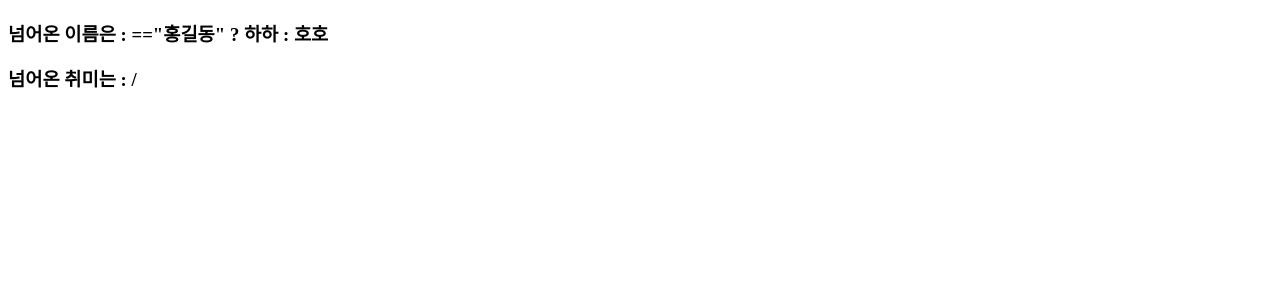
Repository: rumor1993/KH1
Page: http://localhost/JspProject/ch12/Expression_Language2/ELtest.jsp
An editor plug-in stored every save of this project. The page is shown before and after the next save, followed by the edit.
The browser window is 1280 px wide. The pictures show the whole page.
The page is served by Tomcat 9.

Above is the page before, as saved 2018-05-03 03:09:26.

### JspProject/WebContent/ch12/Expression_Language2/ELtest.jsp
<%@ page language="java" contentType="text/html; charset=EUC-KR"
    pageEncoding="EUC-KR"%>

<%
	request.setCharacterEncoding("euc-kr");
%>
<!DOCTYPE html>
<html>
<head>
<title>Insert title here</title>
</head>
<body>
	<h3>넘어온 이름은 : ${param.name}=="홍길동" ? 하하 : 호호</h3>

	<h3>넘어온 취미는 : ${paramValues.hobby[0]} / ${paramValues.hobby[1]}</h3>
</body>
</html>

After the next save:
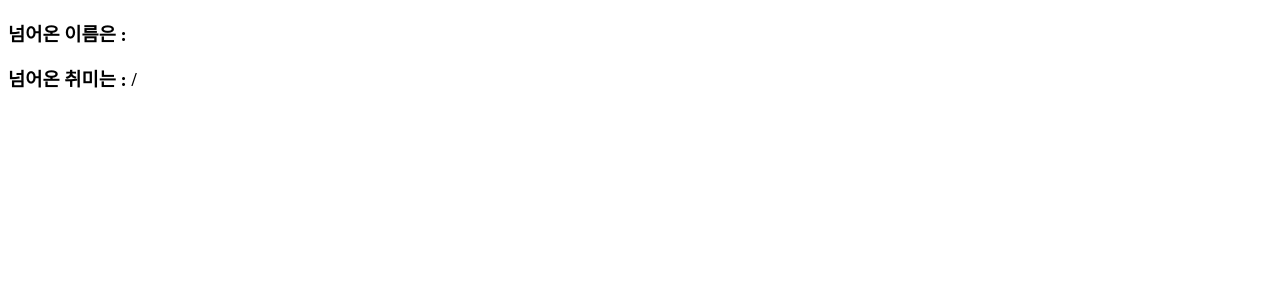
Saved 16 s later.
--- a/JspProject/WebContent/ch12/Expression_Language2/ELtest.jsp
+++ b/JspProject/WebContent/ch12/Expression_Language2/ELtest.jsp
@@ -10,7 +10,7 @@
 <title>Insert title here</title>
 </head>
 <body>
-	<h3>넘어온 이름은 : ${param.name}=="홍길동" ? 하하 : 호호</h3>
+	<h3>넘어온 이름은 : ${param.name}</h3>
 
 	<h3>넘어온 취미는 : ${paramValues.hobby[0]} / ${paramValues.hobby[1]}</h3>
 </body>
